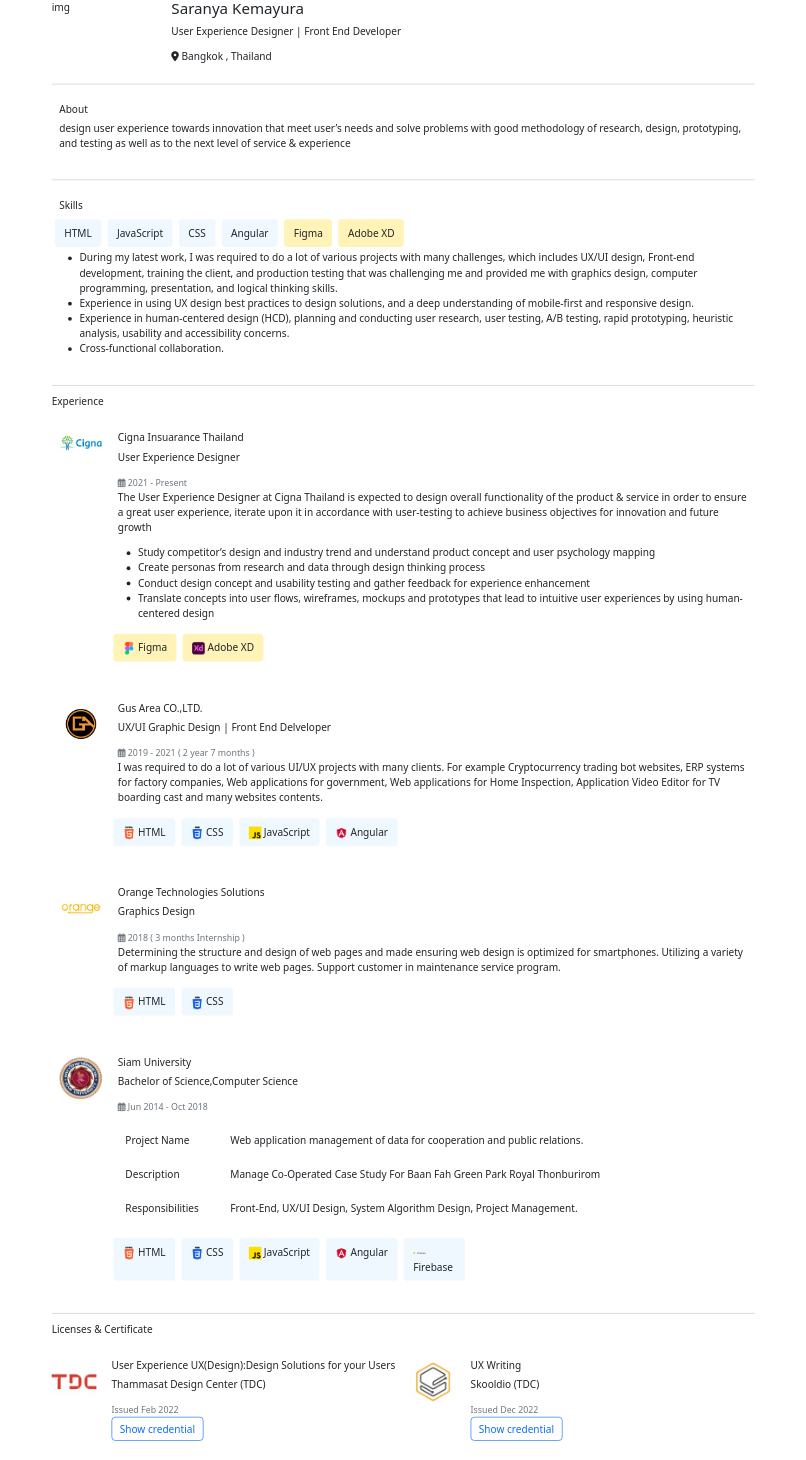
Repository: 0910th/portfolio
Page: index.html
An editor plug-in stored every save of this project. The page is shown before and after the next save, followed by the edit.
The browser window is 1280 px wide. The pictures show the whole page, at 63% of full size.

Above is the page before, as saved 2022-12-22 16:37:07.

### index.html
<!doctype html>
<html lang="en">

<head>
    <meta charset="utf-8">
    <meta name="viewport" content="width=device-width, initial-scale=1">
    <title>Saranya Portfolio</title>

    <link href="./css/bootstrap.min.css" rel="stylesheet" crossorigin="anonymous">
    <link href="./css/mystyle.css" rel="stylesheet" crossorigin="anonymous">
    <!--font awesome -->
    <link rel="stylesheet" href="./fontawesome/css/all.css" type="text/css">
    <link rel="stylesheet" href="./fontawesome/css/fontawesome.css">
    <link rel="stylesheet" href="./fontawesome/css/brands.css">
    <link rel="stylesheet" href="./fontawesome/css/solid.css">
</head>

<body>

    <div class="container-md">
        <!-- Content here -->
        <!-- section01 Name  -->
        <div class="row justify-content-start">
            <div class="col-2">
                img
            </div>
            <div class="col-10">
                <h4>Saranya Kemayura</h4>
                <p>User Experience Designer | Front End Developer</p>
                <p><i class="fa-solid fa-location-dot"></i> Bangkok , Thailand </p>
            </div>

        </div>
        <hr>
        <div class="row mg-30">

            <h6>About</h6>
            <p>design user experience towards innovation that meet user’s needs and solve problems with good methodology of
                research,
                design, prototyping, and testing as well as to the next level of service & experience</p>
        </div>
        <hr>
        <div class="row mg-30">
            <h6>Skills</h6>
            <div class="badge-text code">HTML</div>
            <div class="badge-text code">JavaScript</div>
            <div class="badge-text code">CSS</div>
            <div class="badge-text code">Angular</div>
            <div class="badge-text design">Figma</div>
            <div class="badge-text design">Adobe XD</div>
            <div class="text-list">
                <ul>
                    <li> During my latest work, I was required to do a lot of various projects with many challenges, which includes UX/UI design,
                    Front-end development, training the client, and production testing that was challenging me and provided me with graphics
                    design, computer programming, presentation, and logical thinking skills.</li>
                    <li> Experience in using UX design best practices to design solutions, and a deep understanding of mobile-first and
                    responsive design.</li>
                    <li> Experience in human-centered design (HCD), planning and conducting user research, user testing, A/B testing, rapid
                    prototyping, heuristic analysis, usability and accessibility concerns.</li>
                    <li> Cross-functional collaboration.</li>
                </ul>
            </div>
        </div>
        <hr>
        <div class="row">

            <h6>Experience</h6>
            <div class="row mg-30 ">
                <div class="col">
                    <img class="office-logo" src="/images/cignalogo.png">
                </div>
                <div class="col-11">
                    <h6> Cigna Insuarance Thailand </h6>
                    <p> User Experience Designer </p>
                    <small class="text-muted"> <i class="fa-regular fa-calendar-days"></i> 2021 - Present </small>

                    <p > The User Experience Designer at Cigna Thailand is expected to design overall functionality of the product & service in
                    order to ensure a great user experience, iterate upon it in accordance with user-testing to achieve business objectives
                    for innovation and future growth </p>
                        <ul>
                            <li>Study competitor’s design and industry trend and understand product concept and user psychology mapping</li>
                            <li>Create personas from research and data through design thinking process</li>
                            <li>Conduct design concept and usability testing and gather feedback for experience enhancement</li>
                            <li>Translate concepts into user flows, wireframes, mockups and prototypes that lead to intuitive user experiences by
                            using human-centered design</li>
                        </ul>
                        <div class="row">
                            <div class="badge-text design"><img src="/images/figma.png" class="icon-logo"> Figma </div>
                            <div class="badge-text design"><img src="/images/xd.png" class="icon-logo"> Adobe XD </div>

                        </div>
                </div>

            </div>
            <div class="row mg-30">
                <div class="col">
                    <img class="office-logo" src="/images/guslogo.png">
                </div>
                <div class="col-11">
                    <h6> Gus Area CO.,LTD.   </h6>
                    <p> UX/UI Graphic Design | Front End Delveloper </p>
                    <small class="text-muted"> <i class="fa-regular fa-calendar-days"></i> 2019 - 2021 ( 2 year 7 months ) </small>

                    <p> I was required to do a lot of various UI/UX projects with many clients. For example Cryptocurrency trading bot websites,
                    ERP systems for factory companies, Web applications for government, Web applications for Home Inspection, Application
                    Video Editor for TV boarding cast and many websites contents.  </p>
                    <div class="row">
                        <div class="badge-text code"><img src="/images/html-5.png" class="icon-logo"> HTML </div>
                        <div class="badge-text code"><img src="/images/css-3.png" class="icon-logo"> CSS </div>
                        <div class="badge-text code"><img src="/images/js.png" class="icon-logo"> JavaScript </div>
                        <div class="badge-text code"><img src="/images/angular.png" class="icon-logo"> Angular </div>
                    </div>


                </div>

            </div>
            <div class="row mg-30">
                <div class="col">
                    <img class="office-logo" src="/images/orangelogo.jpg">
                </div>
                <div class="col-11">
                    <h6> Orange Technologies Solutions  </h6>
                    <p> Graphics Design </p>
                    <small class="text-muted"> <i class="fa-regular fa-calendar-days"></i> 2018 ( 3 months Internship ) </small>

                    <p> Determining the structure and design of web pages and made
                        ensuring web design is optimized for smartphones. Utilizing a variety of
                        markup languages to write web pages. Support customer in maintenance
                        service program. </p>
                    <div class="row">
                        <div class="row">
                            <div class="badge-text code"><img src="/images/html-5.png" class="icon-logo"> HTML </div>
                            <div class="badge-text code"><img src="/images/css-3.png" class="icon-logo"> CSS </div>

                        </div>
                    </div>
                </div>

            </div>
            <div class="row mg-30">
                <div class="col">
                    <img class="office-logo" src="/images/siamlogo.jpg">
                </div>
                <div class="col-11">
                    <h6> Siam University </h6>
                    <p> Bachelor of Science,Computer Science </p>
                    <small class="text-muted"> <i class="fa-regular fa-calendar-days"></i> Jun 2014 - Oct 2018 </small>

                    <div class="row mg-30">
                        <div class="col-md-2"> Project Name </div>
                        <div class="col-md-10"> Web application management of data for cooperation and public
                        relations. </div>
                    </div>
                    <div class="row mg-30">
                        <div class="col-md-2"> Description </div>
                        <div class="col-md-10"> Manage Co-Operated Case Study For Baan Fah Green Park Royal
                            Thonburirom </div>
                    </div>
                    <div class="row mg-30">
                        <div class="col-md-2"> Responsibilities </div>
                        <div class="col-md-10"> Front-End, UX/UI Design, System Algorithm Design, Project Management. </div>
                    </div>
                    <div class="row">
                        <div class="row">
                            <div class="badge-text code"><img src="/images/html-5.png" class="icon-logo"> HTML </div>
                            <div class="badge-text code"><img src="/images/css-3.png" class="icon-logo"> CSS </div>
                            <div class="badge-text code"><img src="/images/js.png" class="icon-logo"> JavaScript </div>
                            <div class="badge-text code"><img src="/images/angular.png" class="icon-logo"> Angular </div>
                            <div class="badge-text code"><img src="/images/firebaselogo.svg" class="icon-logo"> Firebase </div>

                        </div>
                    </div>



                </div>

            </div>
        </div>
        <hr>
        <h6>Licenses & Certificate</h6>
        <div class="row">


                <div class="col-md-6 mg-30">
                    <div class="row">
                        <div class="col-md-2">
                            <img class="office-logo" src="/images/tdclogo.jpg">
                        </div>
                        <div class="col-md-10">
                            <h6>User Experience UX(Design):Design Solutions for your Users</h6>
                            <p>Thammasat Design Center (TDC)</p>
                            <small class="text-muted"> Issued Feb 2022 </small>
                            <div class="">
                                <a class="btn btn-outline-primary"
                                    href="https://drive.google.com/file/d/1K9nLmPM9IpYpREJaLTQpupgg0pyApNxf/view?usp=sharing" target="_blank">Show
                                    credential</a>
                            </div>
                        </div>
                    </div>

                </div>
                <div class="col-md-6 mg-30">
                    <div class="row">
                        <div class="col-md-2">
                            <img class="office-logo" src="/images/skooldiologo.jpg">
                        </div>
                        <div class="col-md-10">
                            <h6>UX Writing</h6>
                            <p>Skooldio (TDC)</p>
                            <small class="text-muted"> Issued Dec 2022 </small>
                            <div class="">
                                <a class="btn btn-outline-primary" href="https://drive.google.com/file/d/1BEAHY4evkZaUVi4WXsF9LlQV7Dov4a3x/view?usp=sharing" target="_blank">Show credential</a>
                            </div>
                        </div>
                    </div>

                </div>


        </div>




    </div>



    <!-- script -->
    <script src="https://cdn.jsdelivr.net/npm/@popperjs/core@2.11.6/dist/umd/popper.min.js"
        integrity="sha384-oBqDVmMz9ATKxIep9tiCxS/Z9fNfEXiDAYTujMAeBAsjFuCZSmKbSSUnQlmh/jp3"
        crossorigin="anonymous"></script>
    <script src="https://cdn.jsdelivr.net/npm/bootstrap@5.2.3/dist/js/bootstrap.min.js"
        integrity="sha384-cuYeSxntonz0PPNlHhBs68uyIAVpIIOZZ5JqeqvYYIcEL727kskC66kF92t6Xl2V"
        crossorigin="anonymous"></script>
</body>

</html>

### css/mystyle.css
.text-right {
    text-align: right;
}
.mg-30 {
    margin: 30px 0px;
}
.badge-text {
    padding: 10px 15px;
    margin: 5px 5px;
    border-radius: 5px;
    text-align: justify;
    vertical-align: middle;
    width: max-content;

}
.badge-text.code {
    background-color: #f0f8ff;
}
.badge-text.design {
    background-color: #fff3b7;
}

.icon-logo {
    max-width: 20px;
    height: auto;
}
.office-logo {
    max-width: 100%;
}

Loaded but not shown: css/bootstrap.min.css (library); fontawesome/css/all.css (library); fontawesome/css/fontawesome.css (library); fontawesome/css/solid.css (common file); fontawesome/css/brands.css (1432 lines, source omitted)

After the next save:
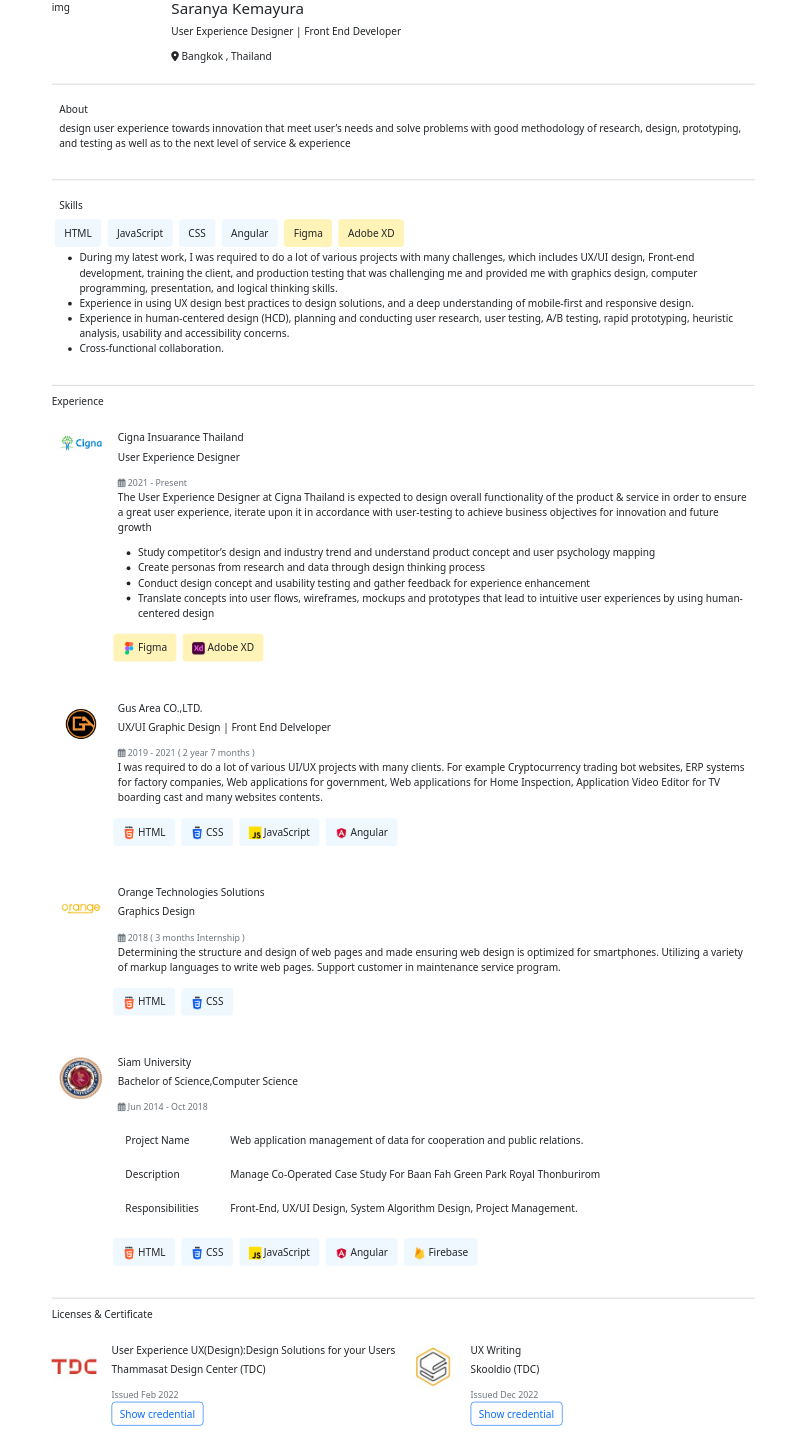
Saved 115 s later.
--- a/index.html
+++ b/index.html
@@ -167,7 +167,7 @@
                             <div class="badge-text code"><img src="/images/css-3.png" class="icon-logo"> CSS </div>
                             <div class="badge-text code"><img src="/images/js.png" class="icon-logo"> JavaScript </div>
                             <div class="badge-text code"><img src="/images/angular.png" class="icon-logo"> Angular </div>
-                            <div class="badge-text code"><img src="/images/firebaselogo.svg" class="icon-logo"> Firebase </div>
+                            <div class="badge-text code"><img src="/images/firebaselogo.png" class="icon-logo"> Firebase </div>
 
                         </div>
                     </div>
